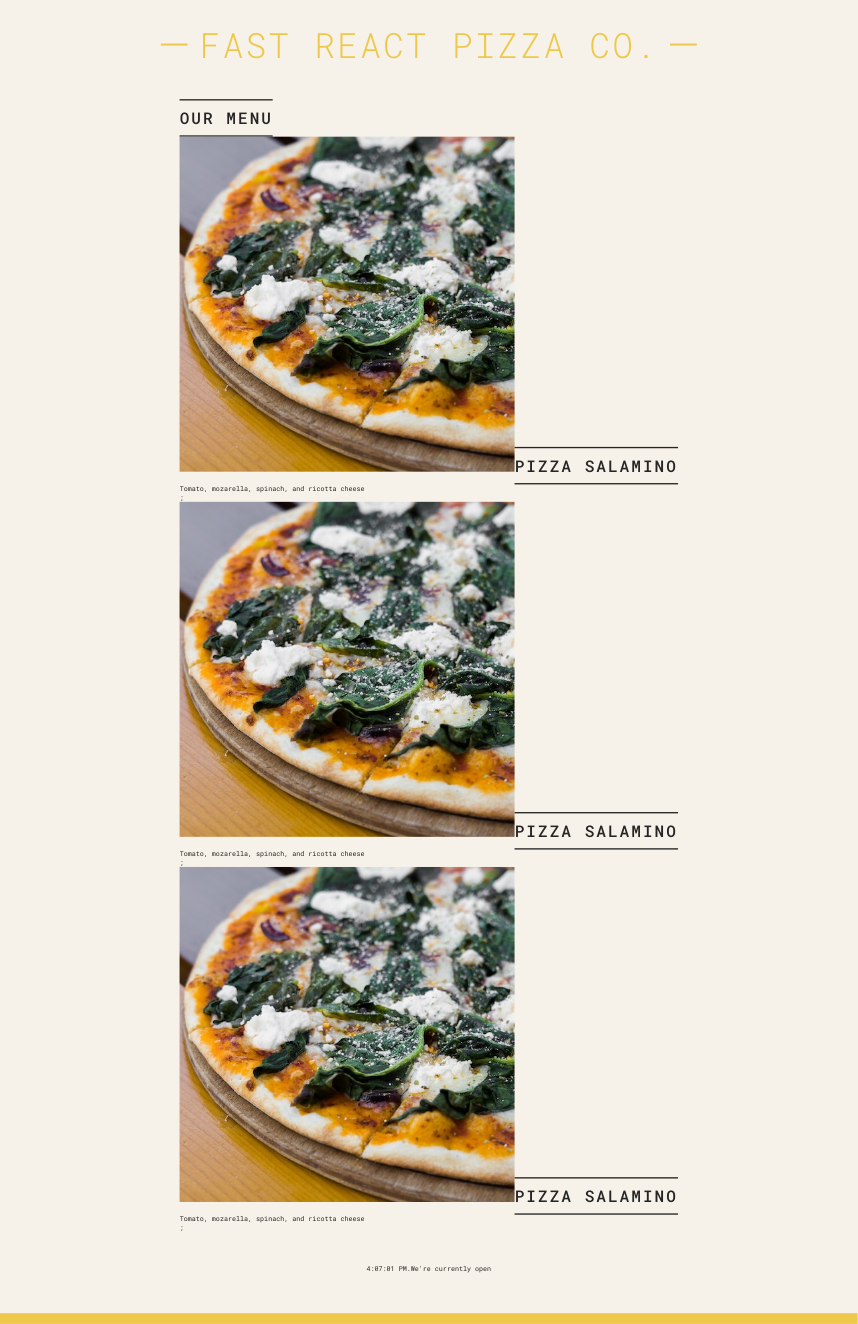
Repository: Aaryan-Poria/pizza-menu
Page: /
An editor plug-in stored every save of this project. The page is shown before and after the next save, followed by the edit.
The browser window is 1280 px wide. The pictures show the whole page, at 67% of full size.
The project was rebuilt for these pictures with package versions that can differ from the ones it lists, and the page was loaded fresh each time.

Above is the page before, as saved 2023-10-09 13:50:21.

### src/index.js
import React from "react";
import ReactDOM from "react-dom/client";
import "./index.css";

const pizzaData = [
  {
    name: "Focaccia",
    ingredients: "Bread with italian olive oil and rosemary",
    price: 6,
    photoName: "pizzas/focaccia.jpg",
    soldOut: false,
  },
  {
    name: "Pizza Margherita",
    ingredients: "Tomato and mozarella",
    price: 10,
    photoName: "pizzas/margherita.jpg",
    soldOut: false,
  },
  {
    name: "Pizza Spinaci",
    ingredients: "Tomato, mozarella, spinach, and ricotta cheese",
    price: 12,
    photoName: "pizzas/spinaci.jpg",
    soldOut: false,
  },
  {
    name: "Pizza Funghi",
    ingredients: "Tomato, mozarella, mushrooms, and onion",
    price: 12,
    photoName: "pizzas/funghi.jpg",
    soldOut: false,
  },
  {
    name: "Pizza Salamino",
    ingredients: "Tomato, mozarella, and pepperoni",
    price: 15,
    photoName: "pizzas/salamino.jpg",
    soldOut: true,
  },
  {
    name: "Pizza Prosciutto",
    ingredients: "Tomato, mozarella, ham, aragula, and burrata cheese",
    price: 18,
    photoName: "pizzas/prosciutto.jpg",
    soldOut: false,
  },
];

function App() {
  return (
    <div className="container">
      <Header />
      <Menu />
      <Footer />
    </div>
  );
}

function Pizza() {
  return (
    <div>
      <img src="pizzas/spinaci.jpg" alt="Pizza-Spinaci.img"></img>
      <h2> Pizza Salamino</h2>
      <p>Tomato, mozarella, spinach, and ricotta cheese</p>;
    </div>
  );
}

function Header() {
  const style = {}; // A JS Object
  return (
    <header className="header">
      <h1 style={style}>Fast React Pizza Co.</h1>
    </header>
  ); // CSS in JSX is an object. We have another {} to basically enter JS Mode
}
function Menu() {
  return (
    <main className="menu">
      <div>
        <h2> Our Menu</h2>
        <Pizza />
        <Pizza />
        <Pizza />
      </div>
    </main>
  );
}
function Footer() {
  const hour = new Date().getHours();
  const openingHour = 8;
  const closingHour = 23;

  const isOpen = hour >= openingHour && hour <= closingHour;
  console.log(isOpen);

  return (
    <footer>{new Date().toLocaleTimeString()}.We're currently open</footer>
  );
}

// React Version 18 and further
const root = ReactDOM.createRoot(document.getElementById("root"));
root.render(
  <React.StrictMode>
    <App />
  </React.StrictMode>
);

Loaded but not shown: public/index.html (common file); src/index.css (common file)

After the next save:
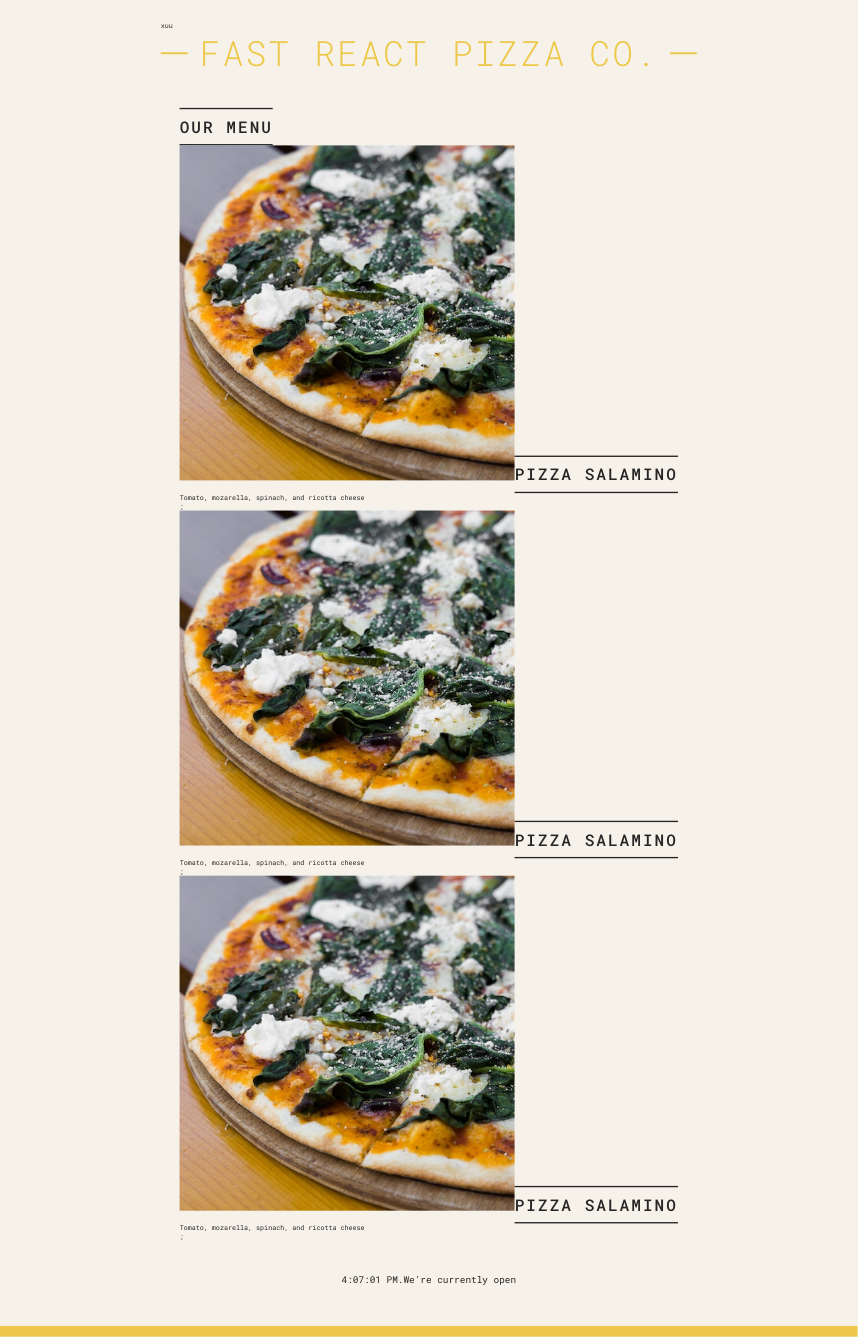
Saved 31 h 28 min later.
--- a/src/index.js
+++ b/src/index.js
@@ -71,6 +71,7 @@ function Header() {
   const style = {}; // A JS Object
   return (
     <header className="header">
+      xuu
       <h1 style={style}>Fast React Pizza Co.</h1>
     </header>
   ); // CSS in JSX is an object. We have another {} to basically enter JS Mode
@@ -96,7 +97,9 @@ function Footer() {
   console.log(isOpen);
 
   return (
-    <footer>{new Date().toLocaleTimeString()}.We're currently open</footer>
+    <footer className="footer">
+      {new Date().toLocaleTimeString()}.We're currently open
+    </footer>
   );
 }
 
